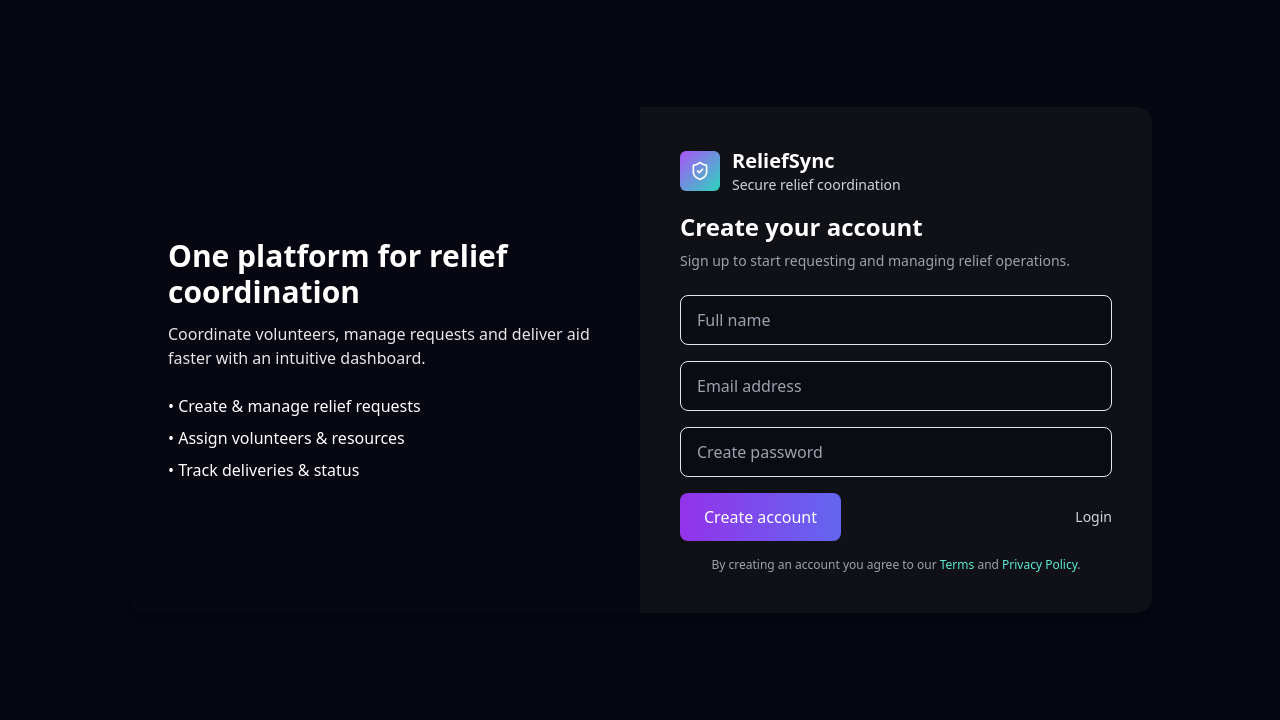
Repository: Gazal1116/Reliefsync
Page: / (app in Frontend/)
An editor plug-in stored every save of this project. The page is shown before and after the next save, followed by the edit.
The browser window is 1280 px wide. The pictures show the whole page.
The project was rebuilt for these pictures with package versions that can differ from the ones it lists, and the page was loaded fresh each time. Also part of the build but not shown: Frontend/vite.config.js, Frontend/src/components/login.jsx, Frontend/src/components/reliefrequest.jsx.

Above is the page before, as saved 2026-03-03 15:59:25.

### Frontend/index.html
<!doctype html>
<html lang="en">
  <head>
    <meta charset="UTF-8" />
    <link rel="icon" type="image/svg+xml" href="/vite.svg" />
    <meta name="viewport" content="width=device-width, initial-scale=1.0" />
    <title>reliefsync</title>
  </head>
  <body>
    <div id="root"></div>
    <script type="module" src="/src/main.jsx"></script>
  </body>
</html>

### Frontend/src/index.css
/* stylelint-disable */
@tailwind base;
@tailwind components;
@tailwind utilities;

### Frontend/src/App.jsx
import { BrowserRouter, Routes, Route } from "react-router-dom";
import Register from "./components/register";
import Login from "./components/login";
import ReliefRequests from "./components/reliefrequest";


function App() {
  return (
    <BrowserRouter>
      <Routes>
        {/* Make Register the default page */}
        <Route path="/" element={<Register />} />
        <Route path="/login" element={<Login />} />
        <Route path="/request" element={<ReliefRequests />} />
      </Routes>
    </BrowserRouter>
  );
}

export default App;

### Frontend/src/components/register.jsx
import { useState } from "react";
import { ShieldCheck } from "lucide-react";
import { useNavigate } from "react-router-dom";

function Register() {
  const navigate = useNavigate();
  const [formData, setFormData] = useState({ name: "", email: "", password: "" });
  const [loading, setLoading] = useState(false);
  const [message, setMessage] = useState('');

  const handleChange = (e) => setFormData({ ...formData, [e.target.name]: e.target.value });

  const handleSubmit = async (e) => {
    e.preventDefault();
    setMessage('');
    if (!formData.name || !formData.email || !formData.password) {
      setMessage('Please fill all fields');
      return;
    }
    setLoading(true);
    try {
      const res = await fetch('http://localhost:5000/api/auth/register', {
        method: 'POST',
        headers: { 'Content-Type': 'application/json' },
        body: JSON.stringify({ ...formData, role: 'volunteer' }),
      });
      const data = await res.json();
      if (!res.ok) throw new Error(data.message || 'Registration failed');
      setMessage(data.message || 'Registered successfully');
      setFormData({ name: '', email: '', password: '' });
      setTimeout(() => navigate('/login'), 900);
    } catch (err) {
      setMessage(err.message || 'Registration error');
    } finally {
      setLoading(false);
    }
  };

  return (
    <div className="min-h-screen flex items-center justify-center bg-[#070712] py-12 px-4">
      <div className="w-full max-w-5xl bg-transparent rounded-2xl overflow-hidden shadow-xl grid grid-cols-1 md:grid-cols-2">

        {/* Left marketing panel */}
        <div className="hidden md:flex flex-col justify-center panel-left p-10">
          <div className="text-white">
            <h3 className="text-3xl font-bold mb-3">One platform for relief coordination</h3>
            <p className="mb-6 text-white/90">Coordinate volunteers, manage requests and deliver aid faster with an intuitive dashboard.</p>
            <ul className="space-y-2">
              <li>• Create & manage relief requests</li>
              <li>• Assign volunteers & resources</li>
              <li>• Track deliveries & status</li>
            </ul>
          </div>
        </div>

        {/* Right form panel */}
        <div className="panel-right bg-[#0f1116] p-10">
          <div className="max-w-md mx-auto">
            <div className="flex items-center gap-3 mb-4">
              <div className="w-10 h-10 flex items-center justify-center rounded-md bg-gradient-to-br from-purple-500 to-teal-400">
                <ShieldCheck className="text-white w-5 h-5" />
              </div>
              <div>
                <h2 className="text-xl font-semibold text-white">ReliefSync</h2>
                <p className="text-sm text-gray-300">Secure relief coordination</p>
              </div>
            </div>

            <h3 className="text-2xl font-bold text-white mb-2">Create your account</h3>
            <p className="text-sm text-gray-400 mb-6">Sign up to start requesting and managing relief operations.</p>

            {message && <div className="mb-4 text-sm text-center text-red-400">{message}</div>}

            <form onSubmit={handleSubmit} className="space-y-4">
              <input
                name="name"
                value={formData.name}
                onChange={handleChange}
                placeholder="Full name"
                className="w-full px-4 py-3 rounded-lg bg-[#0b0b12] border border-white/6 text-white focus:outline-none focus:ring-2 focus:ring-purple-500"
              />

              <input
                name="email"
                value={formData.email}
                onChange={handleChange}
                type="email"
                placeholder="Email address"
                className="w-full px-4 py-3 rounded-lg bg-[#0b0b12] border border-white/6 text-white focus:outline-none focus:ring-2 focus:ring-indigo-500"
              />

              <input
                name="password"
                value={formData.password}
                onChange={handleChange}
                type="password"
                placeholder="Create password"
                className="w-full px-4 py-3 rounded-lg bg-[#0b0b12] border border-white/6 text-white focus:outline-none focus:ring-2 focus:ring-purple-500"
              />

              <div className="flex items-center justify-between">
                <button
                  type="submit"
                  disabled={loading}
                  className="bg-gradient-to-r from-purple-600 to-indigo-500 text-white px-6 py-3 rounded-lg font-medium hover:scale-[1.02] transition-transform disabled:opacity-60"
                >
                  {loading ? 'Creating...' : 'Create account'}
                </button>
                <button type="button" onClick={() => navigate('/login')} className="text-sm text-gray-300 hover:underline">Login</button>
              </div>

              <p className="text-xs text-gray-400 text-center mt-3">By creating an account you agree to our <span className="text-teal-300">Terms</span> and <span className="text-teal-300">Privacy Policy</span>.</p>
            </form>
          </div>
        </div>

      </div>
    </div>
  );
}

export default Register;

Loaded but not shown: Frontend/src/main.jsx (common file); Frontend/tailwind.config.js (common file)

After the next save:
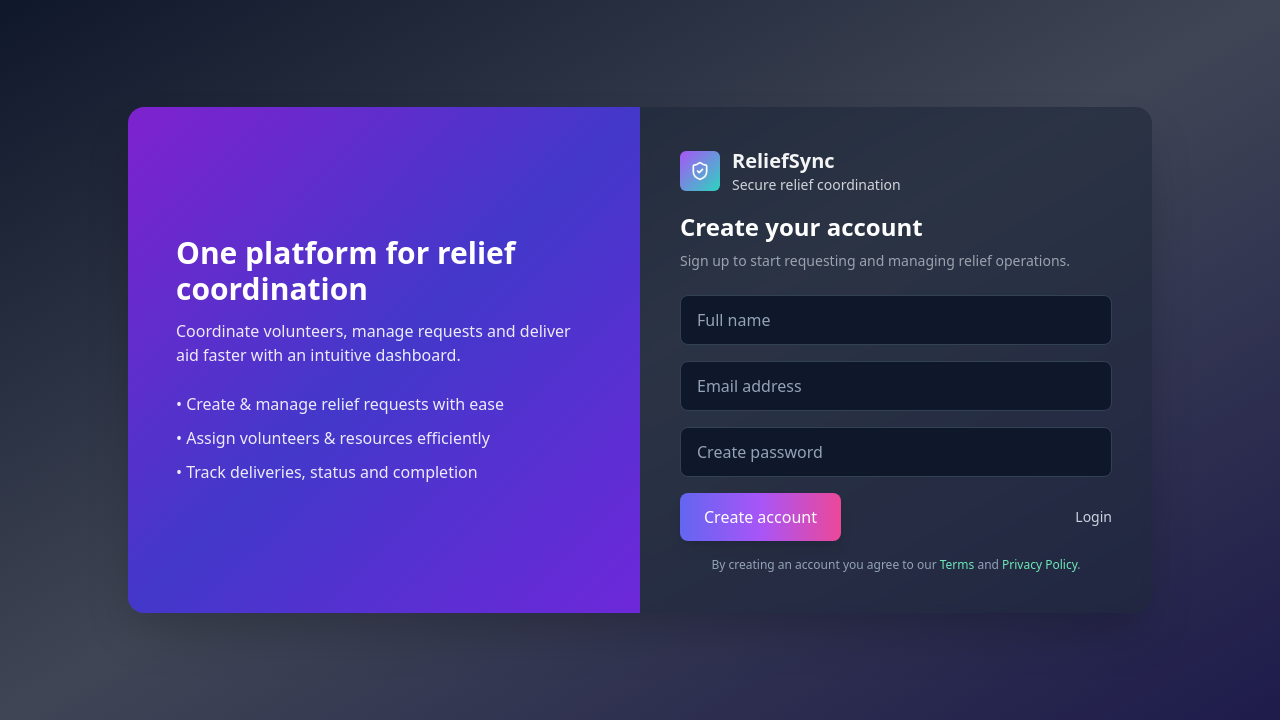
Saved 2 min 1 s later.
--- a/Frontend/src/components/register.jsx
+++ b/Frontend/src/components/register.jsx
@@ -37,31 +37,31 @@ function Register() {
   };
 
   return (
-    <div className="min-h-screen flex items-center justify-center bg-[#070712] py-12 px-4">
-      <div className="w-full max-w-5xl bg-transparent rounded-2xl overflow-hidden shadow-xl grid grid-cols-1 md:grid-cols-2">
+    <div className="min-h-screen flex items-center justify-center bg-gradient-to-br from-slate-900 via-slate-900/80 to-indigo-950 py-12 px-4 font-sans text-slate-100">
+      <div className="w-full max-w-5xl bg-transparent rounded-2xl overflow-hidden shadow-2xl grid grid-cols-1 md:grid-cols-2">
 
         {/* Left marketing panel */}
-        <div className="hidden md:flex flex-col justify-center panel-left p-10">
+        <div className="hidden md:flex flex-col justify-center p-12 bg-gradient-to-br from-purple-700 via-indigo-700 to-violet-700 text-white gap-6">
           <div className="text-white">
             <h3 className="text-3xl font-bold mb-3">One platform for relief coordination</h3>
             <p className="mb-6 text-white/90">Coordinate volunteers, manage requests and deliver aid faster with an intuitive dashboard.</p>
-            <ul className="space-y-2">
-              <li>• Create & manage relief requests</li>
-              <li>• Assign volunteers & resources</li>
-              <li>• Track deliveries & status</li>
+            <ul className="space-y-2 text-white/90 leading-relaxed">
+              <li>• Create & manage relief requests with ease</li>
+              <li>• Assign volunteers & resources efficiently</li>
+              <li>• Track deliveries, status and completion</li>
             </ul>
           </div>
         </div>
 
         {/* Right form panel */}
-        <div className="panel-right bg-[#0f1116] p-10">
+        <div className="p-10 bg-slate-800/60 backdrop-blur-sm">
           <div className="max-w-md mx-auto">
             <div className="flex items-center gap-3 mb-4">
               <div className="w-10 h-10 flex items-center justify-center rounded-md bg-gradient-to-br from-purple-500 to-teal-400">
                 <ShieldCheck className="text-white w-5 h-5" />
               </div>
               <div>
-                <h2 className="text-xl font-semibold text-white">ReliefSync</h2>
+                <h2 className="text-xl font-semibold text-white/95">ReliefSync</h2>
                 <p className="text-sm text-gray-300">Secure relief coordination</p>
               </div>
             </div>
@@ -77,7 +77,7 @@ function Register() {
                 value={formData.name}
                 onChange={handleChange}
                 placeholder="Full name"
-                className="w-full px-4 py-3 rounded-lg bg-[#0b0b12] border border-white/6 text-white focus:outline-none focus:ring-2 focus:ring-purple-500"
+                className="w-full px-4 py-3 rounded-lg bg-slate-900 border border-slate-700 text-white placeholder-slate-400 focus:outline-none focus:ring-2 focus:ring-purple-400 transition-shadow hover:shadow-md"
               />
 
               <input
@@ -86,7 +86,7 @@ function Register() {
                 onChange={handleChange}
                 type="email"
                 placeholder="Email address"
-                className="w-full px-4 py-3 rounded-lg bg-[#0b0b12] border border-white/6 text-white focus:outline-none focus:ring-2 focus:ring-indigo-500"
+                className="w-full px-4 py-3 rounded-lg bg-slate-900 border border-slate-700 text-white placeholder-slate-400 focus:outline-none focus:ring-2 focus:ring-indigo-400 transition-shadow hover:shadow-md"
               />
 
               <input
@@ -95,21 +95,21 @@ function Register() {
                 onChange={handleChange}
                 type="password"
                 placeholder="Create password"
-                className="w-full px-4 py-3 rounded-lg bg-[#0b0b12] border border-white/6 text-white focus:outline-none focus:ring-2 focus:ring-purple-500"
+                className="w-full px-4 py-3 rounded-lg bg-slate-900 border border-slate-700 text-white placeholder-slate-400 focus:outline-none focus:ring-2 focus:ring-purple-400 transition-shadow hover:shadow-md"
               />
 
               <div className="flex items-center justify-between">
                 <button
                   type="submit"
                   disabled={loading}
-                  className="bg-gradient-to-r from-purple-600 to-indigo-500 text-white px-6 py-3 rounded-lg font-medium hover:scale-[1.02] transition-transform disabled:opacity-60"
+                  className="bg-gradient-to-r from-indigo-500 via-purple-500 to-pink-500 text-white px-6 py-3 rounded-lg font-medium hover:scale-105 transform transition shadow-lg disabled:opacity-60"
                 >
                   {loading ? 'Creating...' : 'Create account'}
                 </button>
-                <button type="button" onClick={() => navigate('/login')} className="text-sm text-gray-300 hover:underline">Login</button>
+                <button type="button" onClick={() => navigate('/login')} className="text-sm text-slate-300 hover:text-white/90">Login</button>
               </div>
 
-              <p className="text-xs text-gray-400 text-center mt-3">By creating an account you agree to our <span className="text-teal-300">Terms</span> and <span className="text-teal-300">Privacy Policy</span>.</p>
+              <p className="text-xs text-slate-400 text-center mt-3">By creating an account you agree to our <span className="text-emerald-300">Terms</span> and <span className="text-emerald-300">Privacy Policy</span>.</p>
             </form>
           </div>
         </div>
